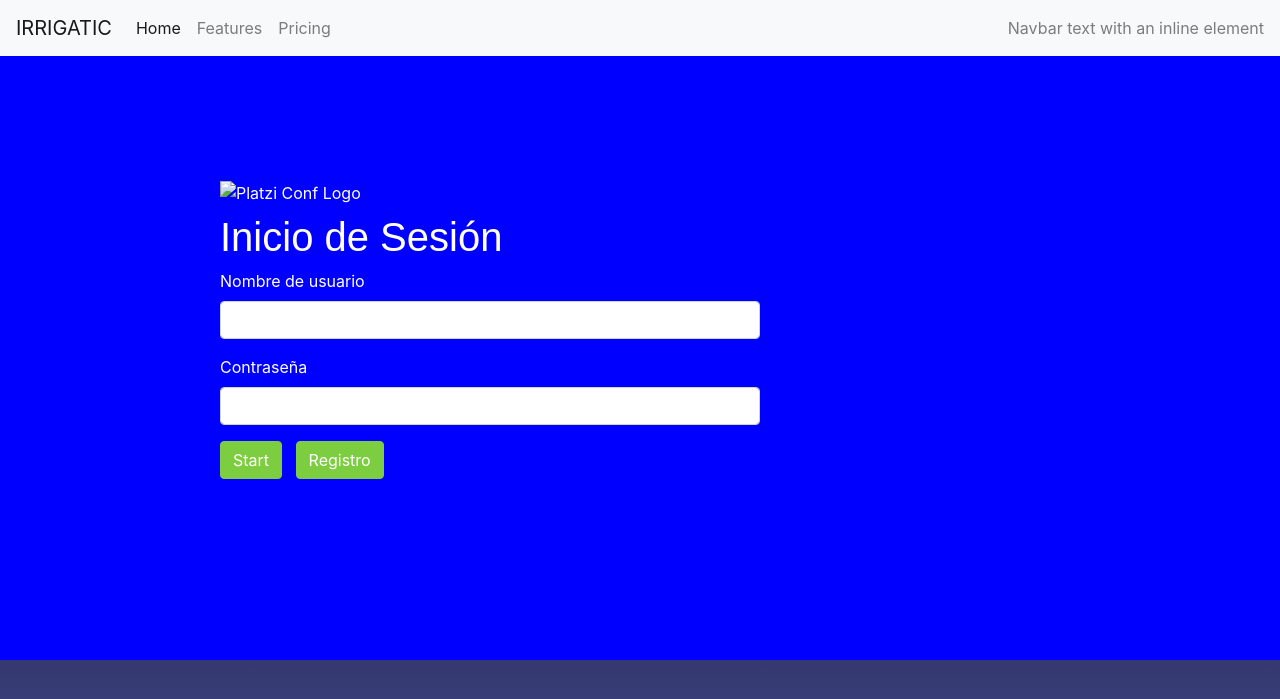
Repository: CristianPalta1/pages_react
Page: /
An editor plug-in stored every save of this project. The page is shown before and after the next save, followed by the edit.
The browser window is 1280 px wide. The pictures show the whole page.
The project was rebuilt for these pictures with package versions that can differ from the ones it lists, and the page was loaded fresh each time. Also part of the build but not shown: src/components/styles/Navbar.css, src/components/Container.jsx, src/pages/Dashboard.jsx, src/pages/IngresoDoc.jsx, src/pages/NotifiDoc.jsx, src/pages/styles/Badges.css, src/components/Registros.jsx, src/components/styles/BadgesList.css and 7 more.

Above is the page before, as saved 2019-08-29 15:01:42.

After the next save:
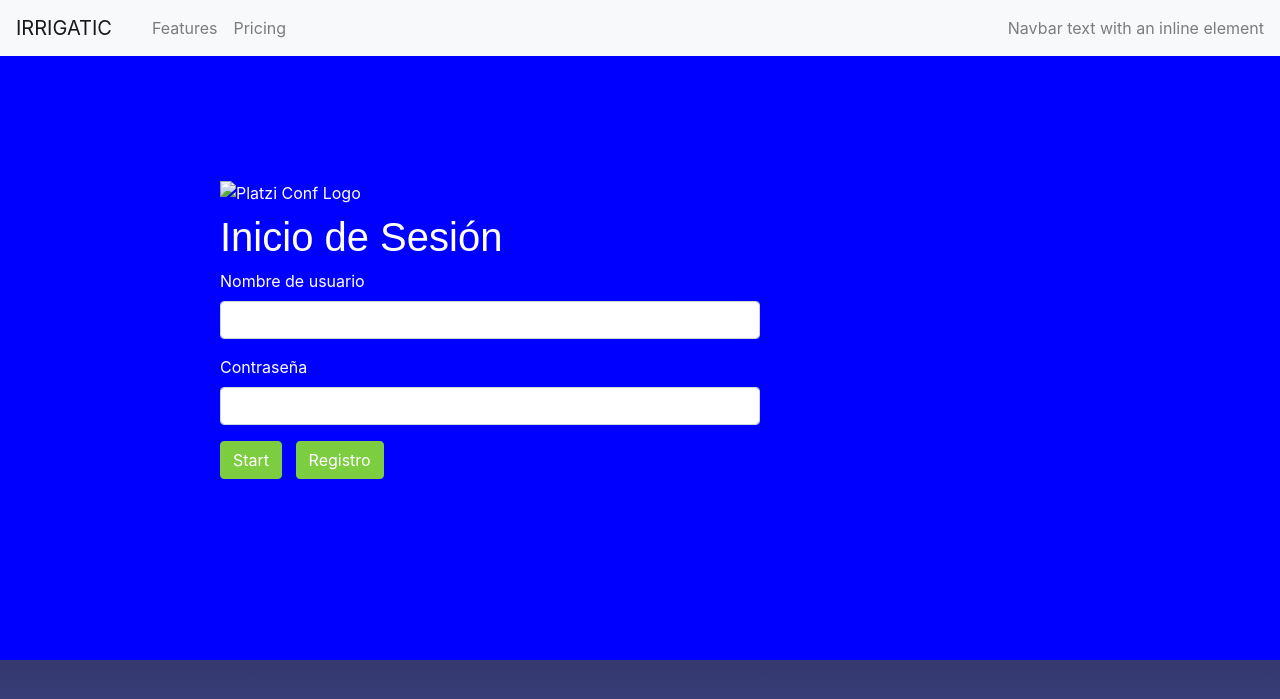
Saved 25 s later.
--- a/src/components/Navbar.jsx
+++ b/src/components/Navbar.jsx
@@ -27,7 +27,7 @@ class Navbar extends React.Component {
           <ul className="navbar-nav mr-auto">
             <li className="nav-item active">
               <a className="nav-link" href="#">
-                Home <span className="sr-only">(current)</span>
+
               </a>
             </li>
             <li className="nav-item">
